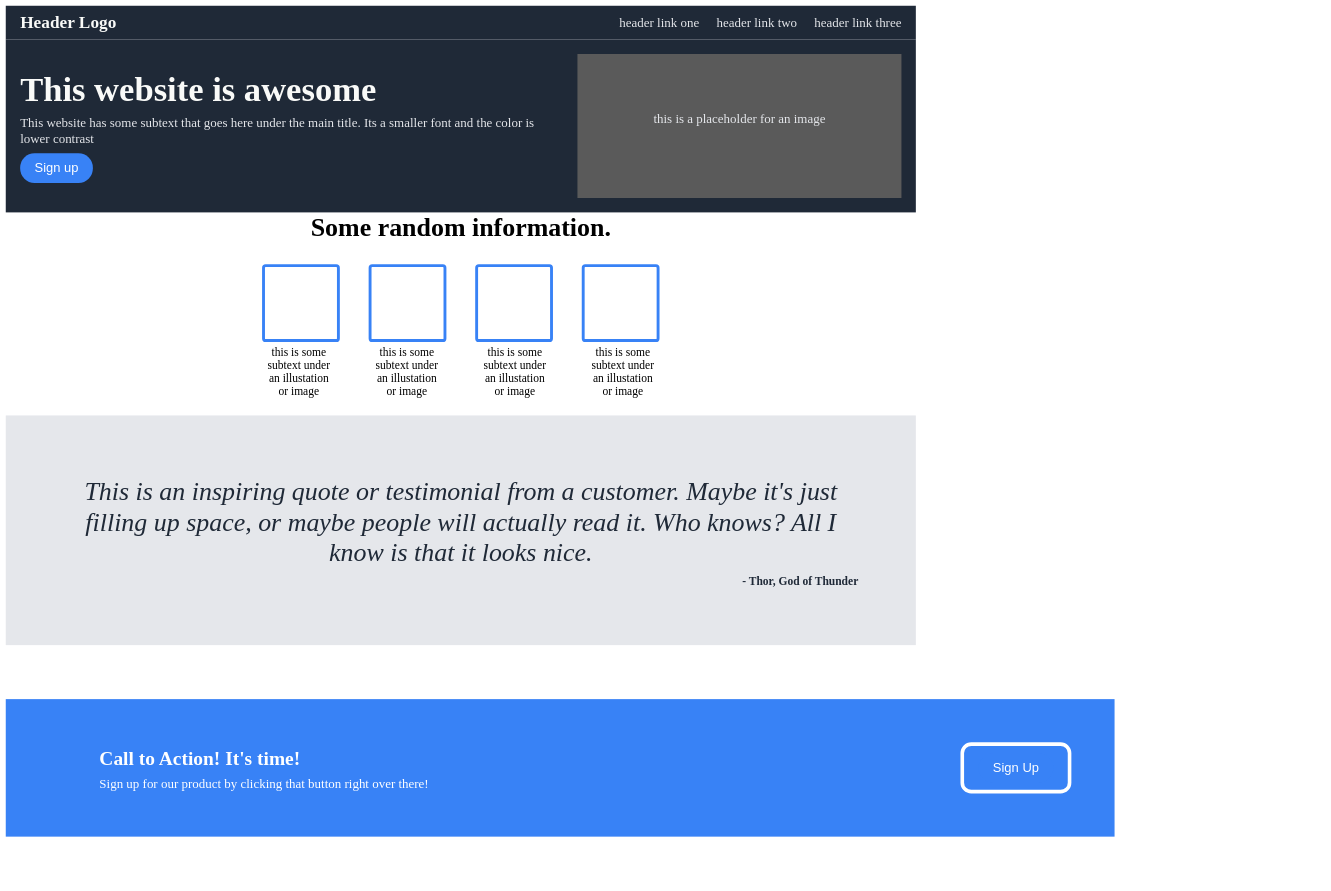
Repository: mnhardy1504/odin-recipes1
Page: flexboxlanding/index.html
The author's editor kept a copy of each file at every save. The page is drawn from the files as they stood at one save, then again after the next save.
The browser window is 1280 px wide. The page is 1548 px wide, then 1848 px, so the pictures cover 1848 px, including what lies to the right of the window. The pictures show the whole page, at 72% of full size.

Above is the page before, as saved 2023-09-15 14:44:50.

### flexboxlanding/index.html
<!DOCTYPE html>
<html>

<head>
    <meta charset="UTF-8">
    <link rel="stylesheet" href="index.css">
</head>

<body>
    <div class="header">
        <div class="header-logo"><strong>Header Logo</strong></div>
        <div class="header-links">
            <a href="#">header link one</a>
            <a href="#">header link two</a>
            <a href="#">header link three</a>
        </div>
    </div>

    <div class="flexbox-section">
        <div class="flexbox-content">
            <h1>This website is awesome</h1>
            <p class="subtext">This website has some subtext that goes here under the main title. Its a smaller font and
                the color is lower contrast</p>
            <button>Sign up</button>
        </div>
        <div class="image-container">
            <div class="image-placeholder">
                <div class="image-text">this is a placeholder for an image</div>
            </div>
        </div>
    </div>

    <div class="random"><strong>Some random information.</strong></div>

    <div class="square-container">
        <div class="square">
            <div class="square-text">
            </div>
        </div>
        <div class="square">
            <div class="square-text">
            </div>
        </div>
        <div class="square">
            <div class="square-text">
            </div>
        </div>
        <div class="square">
            </div>
        </div>
        <div class="text-container">
            <div class="text-box">this is some subtext under an illustation or image</div>
            <div class="text-box">this is some subtext under an illustation or image</div>
            <div class="text-box">this is some subtext under an illustation or image</div>
            <div class="text-box">this is some subtext under an illustation or image</div>
        </div>
    </div>
    <div class="quote-section">
        <p class="quote-text">
            This is an inspiring quote or testimonial from a customer. Maybe it's just filling up space, or maybe people
            will actually read it. Who knows? All I know is that it looks nice.
        </p>
        <div class="quote-author">
            <strong>- Thor, God of Thunder</strong>
        </div>
    </div>

    <div class="call-to-action-box">
        <div class="call-to-action-content">
            <h2>Call to Action! It's time!</h2>
            <p>Sign up for our product by clicking that button right over there!</p>
        </div>
        <div class="call-to-action-button">
            <button>Sign Up</button>
        </div>
    </div>
</body>

</html>

### flexboxlanding/index.css
.header {
    background-color: #1F2937; /* Header background color */
    color: white; /* Text color inside the header */
    display: flex;
    justify-content: space-between; /* Space between logo and links */
    align-items: center;
    padding: 10px 20px; /* Add padding to the header */
}

.header-logo {
    font-size: 24px;
     color: #f9faf8;
     margin-right: 20px;
}

.header-links a {
    text-decoration: none; /* Remove underlines from links */
    font-size: 18px;
    color: #e5e7eb;
    margin-left: 20px; /* Add spacing between links */
}

.header-links a:hover {
    text-decoration: underline;
}

.flexbox-section {
    background-color: #1F2937; /* Background color for the flexbox section */
    color: #f9faf8; /* Text color inside the flexbox section */
    display: flex;
    justify-content: space-between; /* Space between content and image */
    align-items: center;
    padding: 20px; /* Add padding to the flexbox section */
}

.flexbox-content {
    max-width: 60%; /* Adjust the maximum width of the content */
}

h1 {
    font-size: 48px;
    font-weight: bold; /* Extra-bold */
    margin: 0; /* Remove default margin */
}

.subtext {
    font-size: 18px;
    color: #e5e7eb; /* Subtext color */
    margin: 10px 0; /* Add spacing around subtext */
}

.image-container {
    display: flex;
    align-items: center; /* Vertically align content if needed */
}

.image-placeholder {
    width: 450px;
    height: 200px;
    background-color: #5A5A5A;
}

.image-text {
    font-size: 18px;
    color: #e5e7eb;
    text-align: center;
    padding: 80px;
}

.square-container {
    display: flex;
    justify-content:center;
    align-items: center;
    flex-wrap: wrap;
    background-color: white;
    padding: 10px;
}

.square {
    width: 100px;
    height: 100px;
    background-color: white;
    border: 4px solid #3882F6;
    text-align: center;
    display: flex;
    flex-direction: column;
    justify-content: space-between;
    align-items: center;
    color: white;
    margin: 20px;
    border-radius: 5px;
}

.text-container {
    display: flex;
    justify-content: center;
    align-items: center;
    flex-wrap: wrap;
    margin-top: -50px;
}

.text-box {
    width: 100px;
    text-align: center;
    margin: 25px;
}

.random {
    text-align: center;
    justify-content: center;
    font-size: 36px
}

.quote-section {
    background-color: #e5e7eb;
    padding: 80px;
    text-align: center;
}

.quote-text {
    font-size: 36px;
    font-style: italic;
    color: #1F2937;
    margin-bottom: 10px;
}

.quote-author {
    font-style: light italic;
    color: #1F2937;
    text-align: right;
    font-weight: 800;
}

.call-to-action-box {
    display: flex; /* Use flexbox for layout */
    background-color: #3882F6; /* White background for the container */
    padding: 20px;
    width: 1500px;
    margin: 75px auto;
}

.call-to-action-content {
    flex-grow: 1; /* Make this div expand to fill the available space */
    display: flex; /* Use flexbox within the container */
    flex-direction: column; /* Stack items vertically */
    align-items: left; /* Center items horizontally */
    justify-content: center; /* Center items vertically */
    padding: 10px;
    margin-left: 100px ;
    max-width: 1200px;
    font-size: 18px;
    color: white;
}
h2 {
    margin-bottom: 5px; /* Add margin below the h2 tag */
}

p {
    margin-top: 5px; /* Adjust the margin to your preferred spacing */
}


.call-to-action-button {
    background-color: #3882F6; /* Blue background for the button */
    color: white;
    padding: 10px 20px; /* Adjust padding if needed */
    border: 5px solid white; /* Set border style and color */
    border-radius: 15px;
    font-size: 18px;
    cursor: pointer;
    height: 100; /* Adjust the height to your preference */
    margin: 40px;
}


/* Add hover effect to the button */
.call-to-action-content button:hover {
    background-color: #1F5CFF; /* Darker blue on hover */
}

button {
    background-color: #3882F6;
    color: white;
    padding: 10px 20px;
    border: white;
    border-radius: 20px;
    font-size: 18px;
    cursor: pointer;
    align-items: right;
    text-align: right;
}

button:hover {
    background-color: #3882F6
}

After the next save:
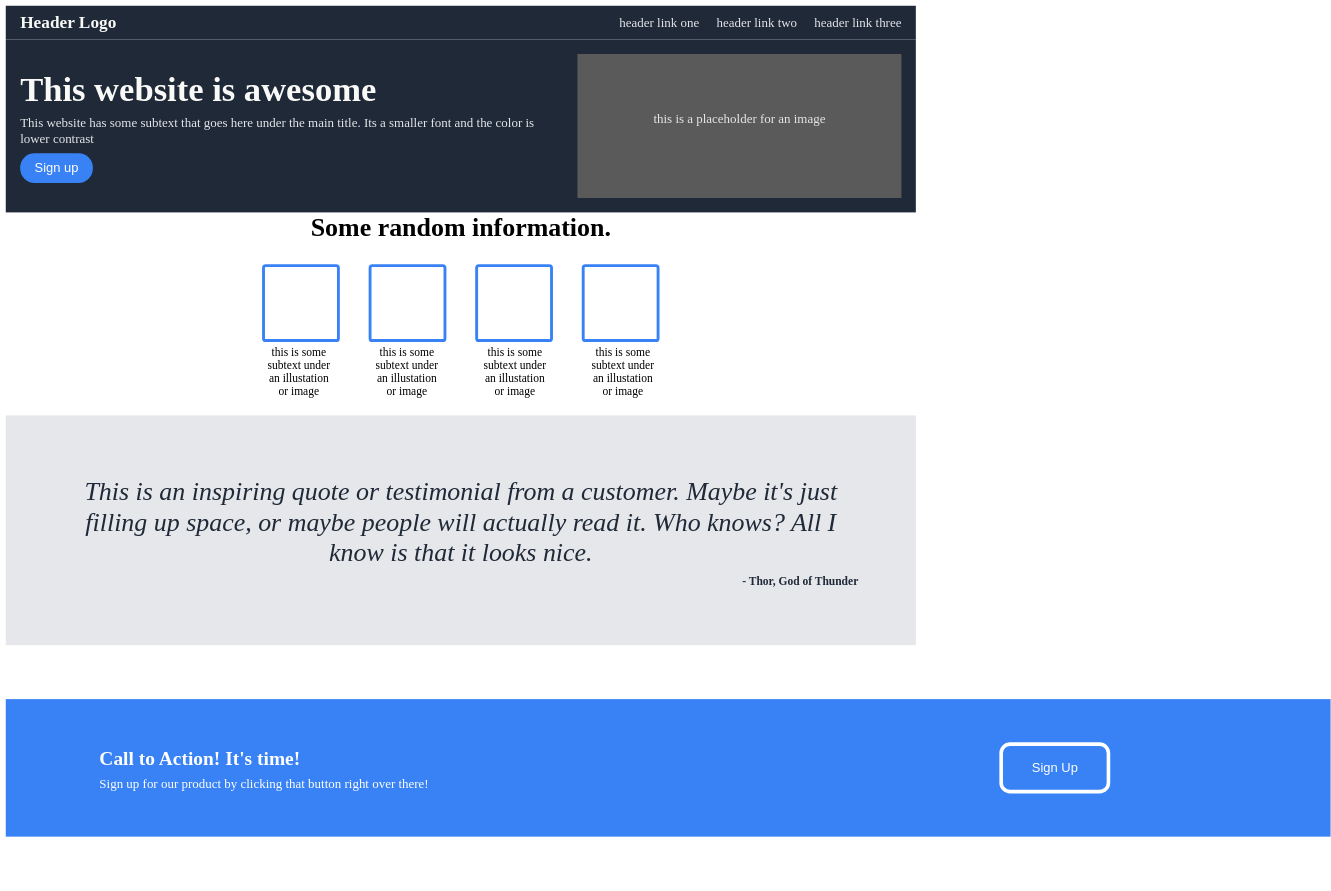
Saved 79 s later.
--- a/flexboxlanding/index.css
+++ b/flexboxlanding/index.css
@@ -135,7 +135,7 @@ h1 {
     display: flex; /* Use flexbox for layout */
     background-color: #3882F6; /* White background for the container */
     padding: 20px;
-    width: 1500px;
+    width: 1800px;
     margin: 75px auto;
 }
 
